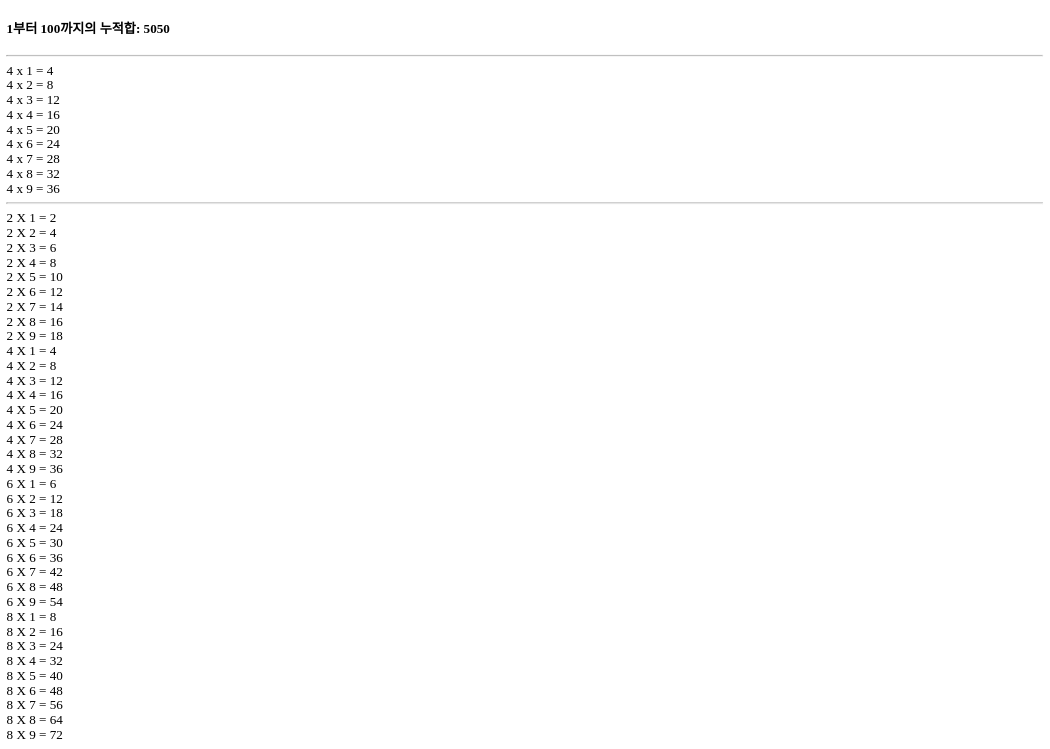
Repository: Baekdusan-baekho/jsp_practice
Page: http://localhost/JspBasic/JSTL/jstl_foreach.jsp
An editor plug-in stored every save of this project. The page is shown before and after the next save, followed by the edit.
The browser window is 1280 px wide. The pictures show the whole page, at 82% of full size.
The page is served by Tomcat 9.

Above is the page before, as saved 2023-09-12 05:57:47.

After the next save:
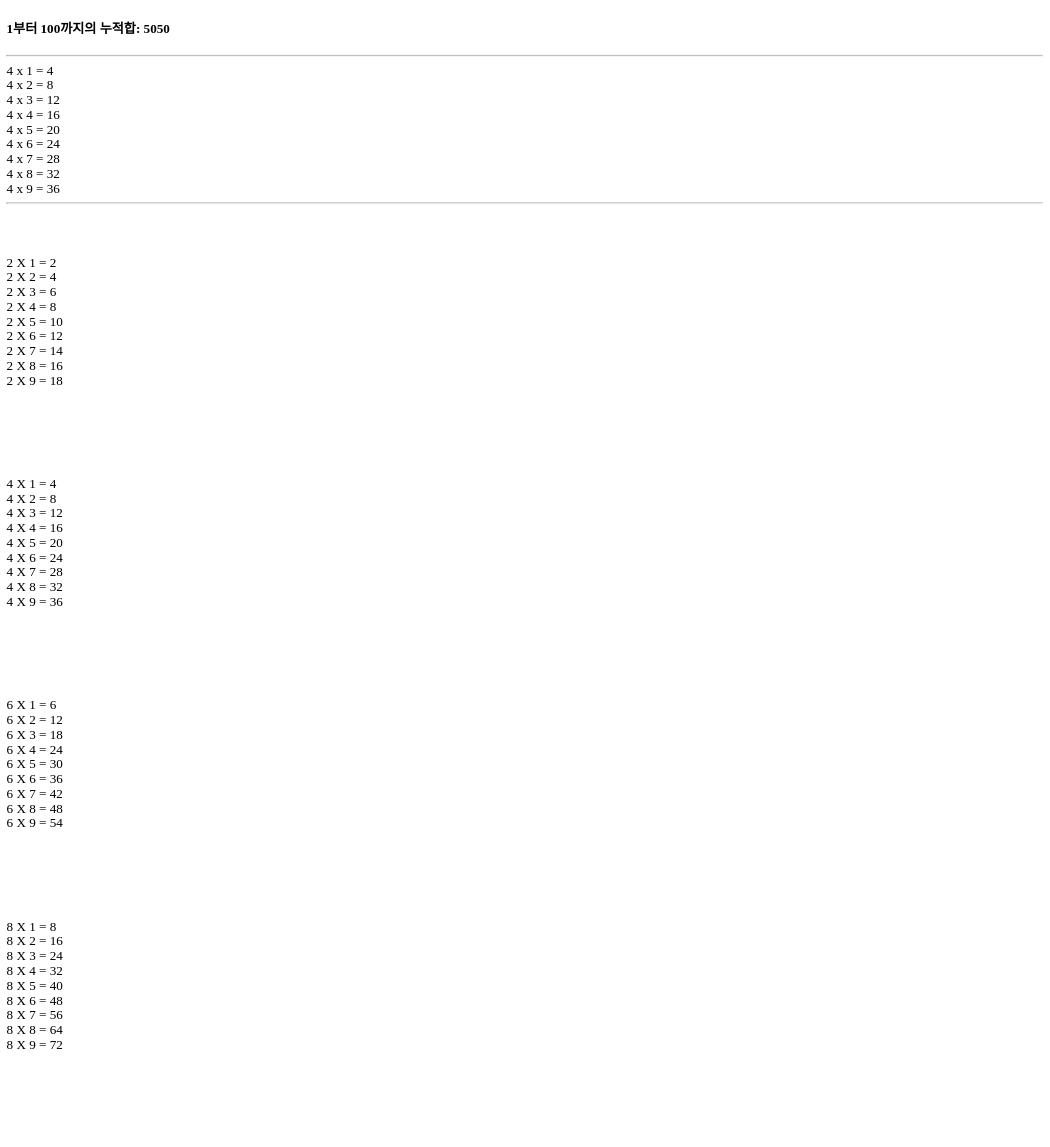
Saved 30 s later.
--- a/JspBasic/src/main/webapp/JSTL/jstl_foreach.jsp
+++ b/JspBasic/src/main/webapp/JSTL/jstl_foreach.jsp
@@ -58,7 +58,7 @@
 			</c:choose>
 
 
-		</c:forEach>
+		</c:forEach><br><br><br>
 
 
 	</c:forEach>
